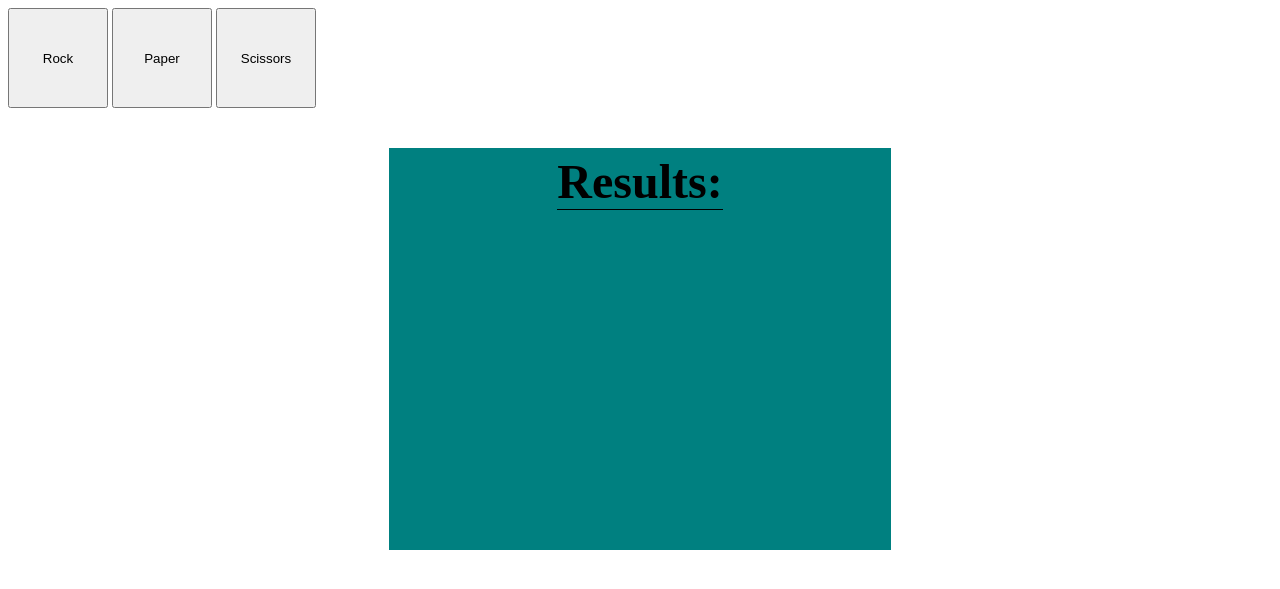
Repository: Pafestivo/rock-paper-scissors
Page: index.html
An editor plug-in stored every save of this project. The page is shown before and after the next save, followed by the edit.
The browser window is 1280 px wide. The pictures show the whole page.

Above is the page before, as saved 2022-10-14 14:27:16.

### index.html
<!DOCTYPE html>
<html lang="en">
<head>
  <meta charset="UTF-8">
  <meta name="viewport" content="width=device-width, initial-scale=1.0">
  <link rel="stylesheet" href="styles.css">
  <script src="js-file.js" defer></script>
  <title>Document</title>
</head>
<body>
  <button id="rock">Rock</button>
  <button id="paper">Paper</button>
  <button id="scissors">Scissors</button>

  <div id="results">
    <h1 id="results-header">Results:</h1>
  </div>
</body>
</html>

### styles.css
button {
  width: 100px;
  height: 100px;
}

#results {
  margin: 40px auto 0 auto;
  width: 500px;
  height: 400px;
  padding: 1px;
  background-color: teal;
}

#results-header {
  margin: 5px auto 0 auto;
  font-size: 3em;
  width: max-content;
  border-bottom: 1px solid black;
}

.round-result {
  margin: 5px;
  text-align: center;
  padding: 0;
}

### js-file.js
//round logic
function playRound(playerSelection, computerSelection) {
  let log = ""

  if (
    (playerSelection === "Rock" && computerSelection === "Paper") ||
    (playerSelection === "Paper" && computerSelection === "Scissors") ||
    (playerSelection === "Scissors" && computerSelection === "Rock")
    ) {
    log = "You lost this round!"
  }
  else if (
    (playerSelection === "Paper" && computerSelection === "Rock") ||
    (playerSelection === "Rock" && computerSelection === "Scissors") ||
    (playerSelection === "Scissors" && computerSelection === "Paper")
  ) {
    log = "You won this round!"
  }
  else if (
    (playerSelection === "Rock" && computerSelection === "Rock") ||
    (playerSelection === "Paper" && computerSelection === "Paper") ||
    (playerSelection === "Scissors" && computerSelection === "Scissors")
  ) {
    log = "This round is a draw!"
  }
  else { //input doesn't match rock, paper, or scissors.
    log = "ERROR! Please choose a valid value."
  }

  return log;
};

//computer selection
function getComputerChoice() {
  const possibleChoices = ["Rock", "Paper", "Scissors"];
  const randomize = Math.floor(Math.random() * possibleChoices.length);
  return(possibleChoices[randomize]);
};


const results = document.querySelector('#results');


//function for each player selection
function rockRound() {
  let computerSelection = getComputerChoice();
  console.log(computerSelection);

  const para = document.createElement('p');
  para.classList.add('round-result');
  para.textContent = playRound("Rock", computerSelection);
  results.appendChild(para);
};

function paperRound() {
  let computerSelection = getComputerChoice();
  console.log(computerSelection);

  const para = document.createElement('p');
  para.classList.add('round-result');
  para.textContent = playRound("Rock", computerSelection);
  results.appendChild(para);
};

function scissorsRound() {
  let computerSelection = getComputerChoice();
  console.log(computerSelection);

  const para = document.createElement('p');
  para.classList.add('round-result');
  para.textContent = playRound("Rock", computerSelection);
  results.appendChild(para);
};
//end of player selection functions


//adding event listeners to each button
const rock = document.querySelector('#rock');
rock.addEventListener("click", rockRound);

const paper = document.querySelector('#paper');
paper.addEventListener("click", paperRound);

const scissors = document.querySelector('#scissors');
scissors.addEventListener("click", scissorsRound);

After the next save:
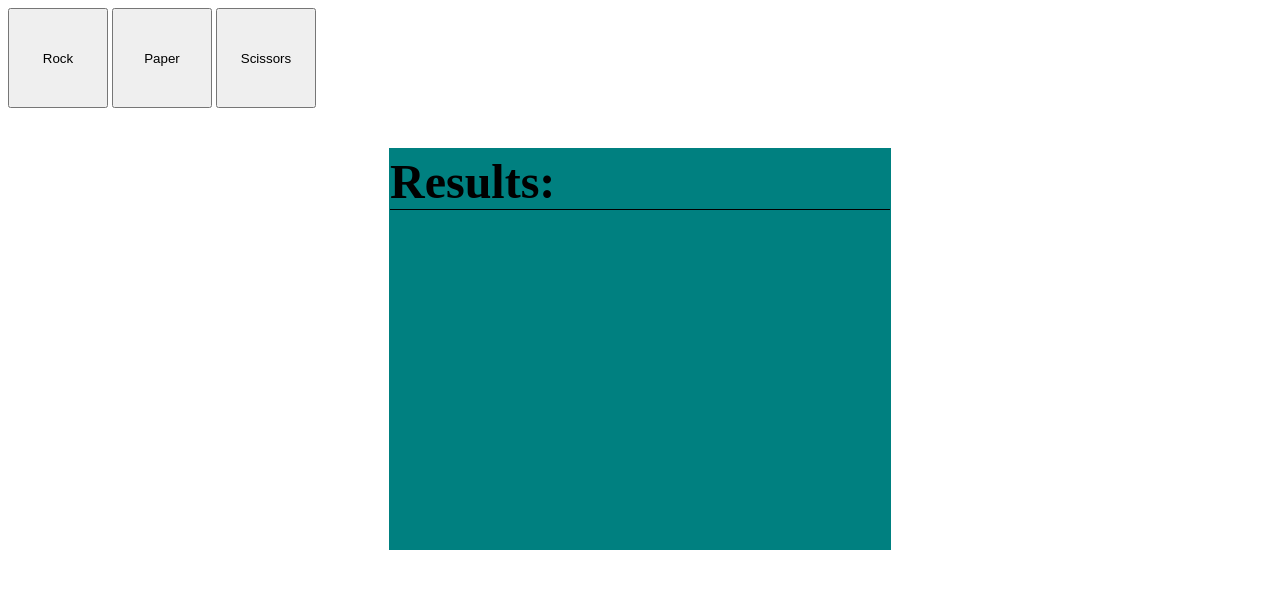
Saved 18 s later.
--- a/styles.css
+++ b/styles.css
@@ -14,7 +14,7 @@
 #results-header {
   margin: 5px auto 0 auto;
   font-size: 3em;
-  width: max-content;
+  width: calc(max-content + 2px);
   border-bottom: 1px solid black;
 }
 

After the 3 saves that followed:
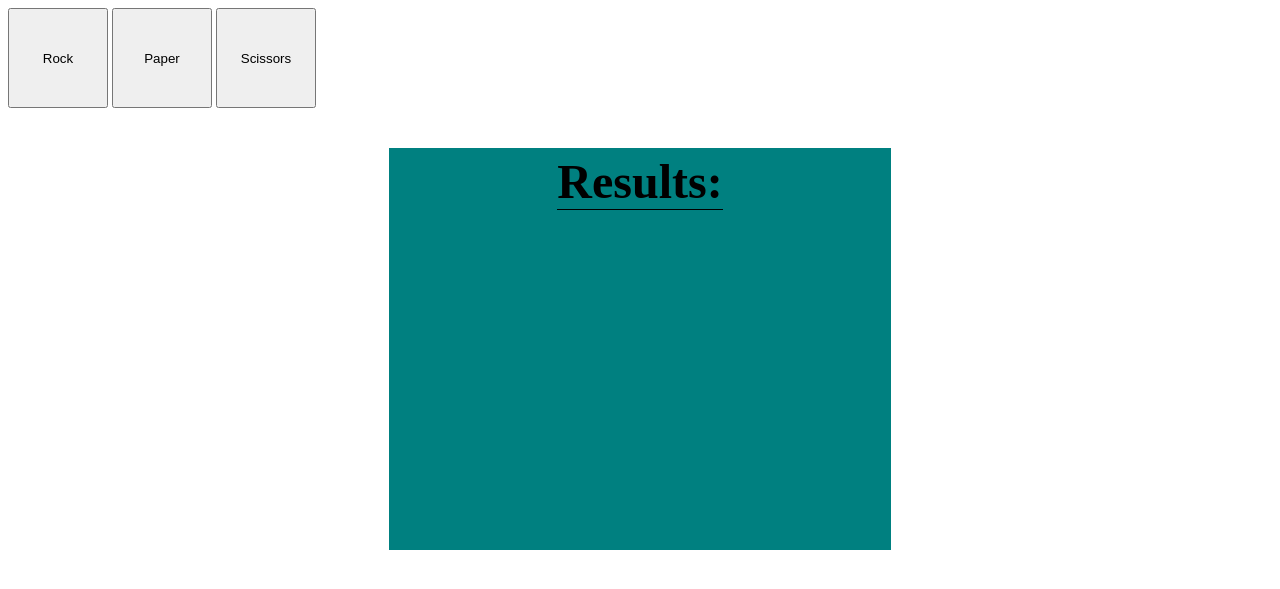
The 3 saves are shown as one change because 2 left the picture as it was.
The last was saved 21 s later.
--- a/styles.css
+++ b/styles.css
@@ -14,7 +14,7 @@
 #results-header {
   margin: 5px auto 0 auto;
   font-size: 3em;
-  width: calc(max-content + 2px);
+  width: max-content;
   border-bottom: 1px solid black;
 }
 
